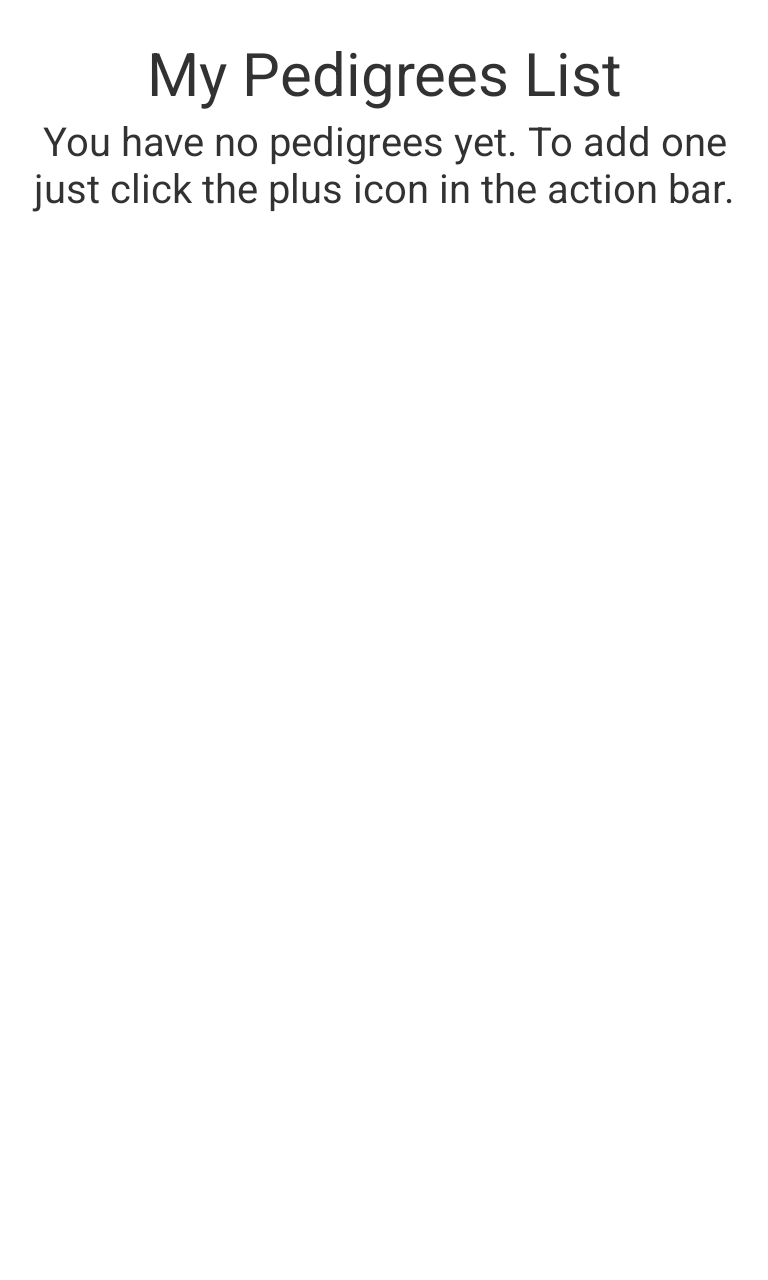
Repository: ivanbuhov/FamilyAndroidClient
Layout: Family/res/layout/activity_my_pedigrees.xml
An editor plug-in stored every save of this project. The layout is shown before and after the next save, followed by the edit.
It is drawn on a 768 x 1280 px phone screen (xhdpi) without system bars, with theme AppTheme; the app's code is not run. Lists and similar views that code fills are empty.

Above is the layout before, as saved 2013-11-20 14:42:31.

After the next save:
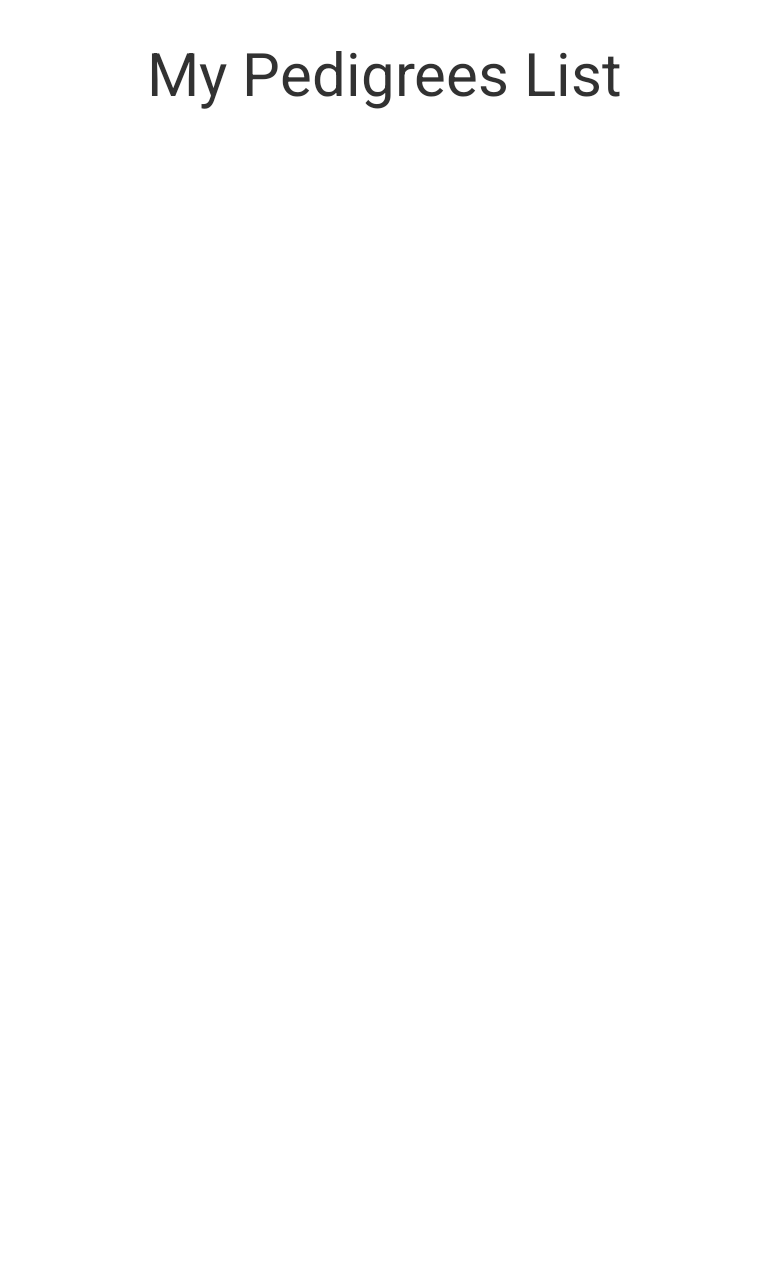
Saved 14 s later.
--- a/Family/res/layout/activity_my_pedigrees.xml
+++ b/Family/res/layout/activity_my_pedigrees.xml
@@ -33,7 +33,8 @@
 		android:layout_height="wrap_content"
 		android:textSize="20sp"
 		android:gravity="center_horizontal"
-		android:text="@string/my_pedigrees_no_pedigrees_message" />
+		android:text="@string/my_pedigrees_no_pedigrees_message"
+		android:visibility="gone" />
 
     <!-- Content -->
     <ListView android:id="@+id/content_my_pedigrees"
